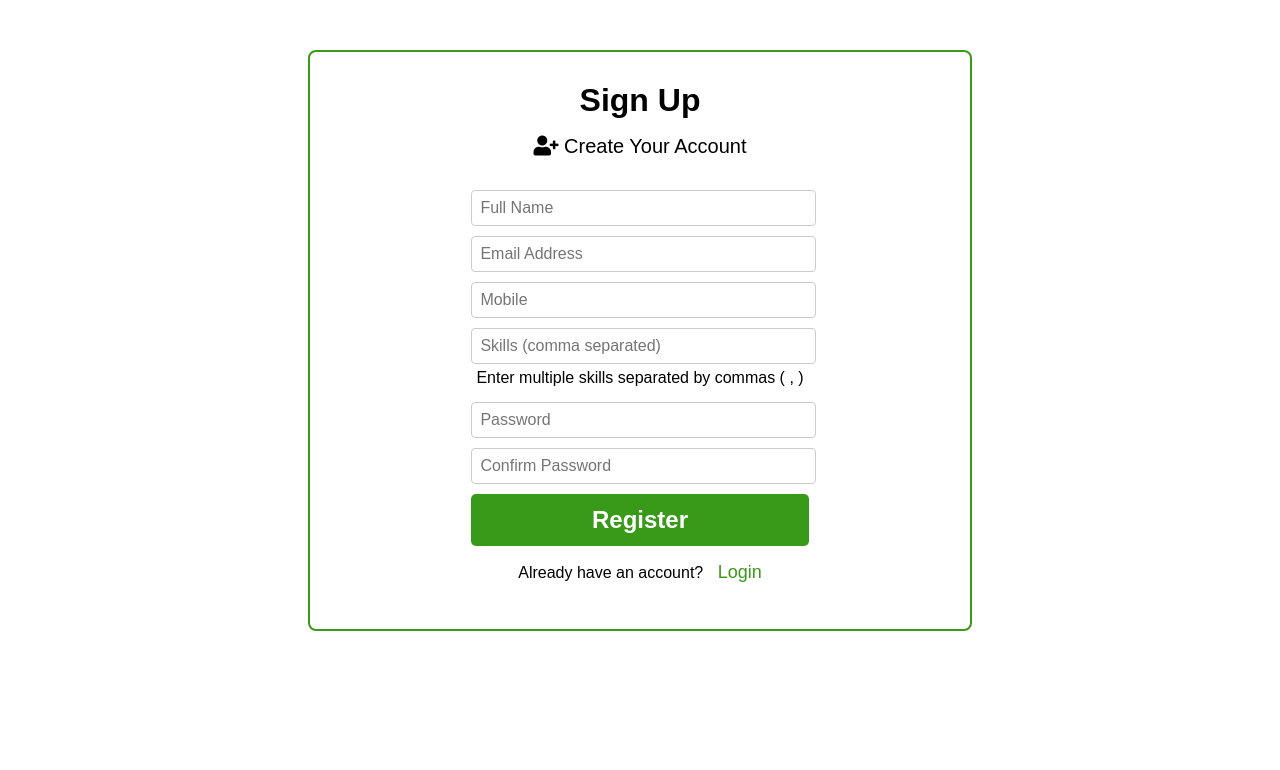
Repository: sayyad-mukthumsa-123/DevMania
Page: /register (app in frontend/)
The author's editor kept a copy of each file at every save. The page is drawn from the files as they stood at one save, then again after the next save.
The browser window is 1280 px wide. The pictures show the whole page.
The project was rebuilt for these pictures with package versions that can differ from the ones it lists, and the page was loaded fresh each time. Also part of the build but not shown: frontend/src/pages/Home.js, frontend/src/pages/login.js, frontend/src/pages/Allprofiles.js, frontend/src/pages/MyProfile.js, frontend/src/pages/Indprofile.js.

Above is the page before, as saved 2025-03-01 10:41:32.

### frontend/public/index.html
<!-- public/index.html -->
<!DOCTYPE html>
<html lang="en">
<head>
  <meta charset="UTF-8">
  <meta name="viewport" content="width=device-width, initial-scale=1.0">
  <title>Developers Hub</title>
  <link rel="stylesheet" href="https://cdnjs.cloudflare.com/ajax/libs/font-awesome/5.15.3/css/all.min.css">
</head>
<body>
  <div id="root"></div>
</body>
</html>

### frontend/src/App.js
import React from 'react'
import {BrowserRouter,Route,Routes} from 'react-router-dom'
import Home from './pages/Home'
import Login from './pages/login'
import Register from './pages/register'
import Allprofiles from './pages/Allprofiles'
import MyProfile from './pages/MyProfile'
import Indprofile from './pages/Indprofile'

const App = () => {
  return (
    <div>

      <BrowserRouter>
      <Routes>
        <Route path='/' exact Component={Home}/>
        <Route path='/login' exact Component={Login}/>
        <Route path='/register' exact Component={Register}/>
        <Route path='/allprofiles' exact Component={Allprofiles}/>
        <Route path='/myprofile' exact Component={MyProfile}/>
        <Route path='/indprofile/:fullname/:email/:skill/:id' exact Component={Indprofile}/>
      </Routes>
      </BrowserRouter>
    </div>
  )
}

export default App

### frontend/src/pages/register.js
import React, { useState } from 'react';
import { Link, useNavigate } from 'react-router-dom';
import axios from 'axios';
import '../styles/styles.css';

const Register = () => {
    const [formData, setFormData] = useState({
        fullname: '',
        email: '',
        mobile: '',
        skill: '',
        password: '',
        confirmPassword: ''
    });

    const navigate = useNavigate();

    const handleChange = e => {
        setFormData({ ...formData, [e.target.name]: e.target.value });
    };

    const handleSubmit = async e => {
        e.preventDefault();

        if (formData.password !== formData.confirmPassword) {
            alert("Passwords do not match");
            return;
        }

        try {
            const response = await axios.post('http://localhost:5000/register', formData, {
                headers: {
                    'Content-Type': 'application/json',
                }
            });

            if (response.status === 200) {
                console.log('Success:', response.data);
                alert('Registration successful! Please log in.');
                navigate('/login');
            } else {
                console.error('Error:', response.statusText);
            }
        } catch (error) {
            console.error('Error:', error);
        }
    };

    return (
        <div >
            <section className="container">
                <h1 className='large'>Sign Up</h1>
                <p className='lead'><i className="fas fa-user-plus"></i> Create Your Account</p>
                <form className='form' onSubmit={handleSubmit} autoComplete='off'>
                    <div className='form-group'>
                        <input
                            type='text'
                            placeholder='Full Name'
                            name="fullname"
                            value={formData.fullname}
                            onChange={handleChange}
                            required
                        />
                    </div>
                    <div className='form-group'>
                        <input
                            type='email'
                            placeholder='Email Address'
                            name="email"
                            value={formData.email}
                            onChange={handleChange}
                            required
                        />
                    </div>
                    <div className='form-group'>
                        <input
                            type='text'
                            placeholder='Mobile'
                            name="mobile"
                            value={formData.mobile}
                            onChange={handleChange}
                            required
                        />
                    </div>
                    <div className='form-group'>
                        <input
                            type='text'
                            placeholder='Skills (comma separated)'
                            name="skill"
                            value={formData.skill}
                            onChange={handleChange}
                            required
                        />
                        <p className='form-text'>Enter multiple skills separated by commas ( , )</p>
                    </div>
                    <div className='form-group'>
                        <input
                            type='password'
                            placeholder='Password'
                            name="password"
                            value={formData.password}
                            onChange={handleChange}
                            minLength='6'
                            required
                        />
                    </div>
                    <div className='form-group'>
                        <input
                            type='password'
                            placeholder='Confirm Password'
                            name="confirmPassword"
                            value={formData.confirmPassword}
                            onChange={handleChange}
                            minLength='6'
                            required
                        />
                    </div>
                    <input type='submit' className='btn' value="Register" />
                </form>
                <p className="text">
                    Already have an account? <Link to="/login" className='link-auth'>Login</Link>
                </p>
            </section>
        </div>
    );
}

export default Register;

### frontend/src/styles/styles.css
/* General reset */
body, html {
  margin: 0;
  padding: 0;
  font-family: Arial, sans-serif;
  width: 100%;
  min-height: 100vh;

}

/* Navbar styles */
.navbar {
  display: flex;
  justify-content: space-between;
  align-items: center;
  padding: 1px !important;
  font-size: x-large;
  background-color: #22580f
}

.navbar h1 a {
  color: #ffffff;
  text-decoration: none;
}

.navbar ul {
  list-style: none;
  display: flex;
  margin: 0;
  font-size: larger;
}
.navbar ul li
{
  padding: 10px;
  transition: all 0.3s ease;
}
.navbar ul li:hover
{
  transform: scale(1.1);
}
.navbar ul li {
  margin-left: 1rem;
}

.navbar ul li a {
  color: #ffffff;
  text-decoration: none;
}

/* Landing page styles */
.landing {
  height: 100vh;
  display: flex;
  align-items: center;
  justify-content: center;
  color: white;
  position: relative;
  background: url('../images/home.png') no-repeat center center/cover;
  text-align: center;
  flex-direction: column;
}

.dark-overlay {
  position: absolute;
  top: 0;
  left: 0;
  right: 0;
  bottom: 0;
  background: rgba(0, 0, 0, 0.6); /* Adds a dark overlay for better text visibility */
  display: flex;
  flex-direction: column;
  justify-content: center;
  align-items: center;
}

.landing-inner {
  text-align: center;
  z-index: 2;
  position: relative;
  padding: 2rem;
  max-width: 800px;
}

.x-large {
  font-size: 4rem;
  font-weight: bold;
  margin-bottom: 1rem !important;
}

.lead {
  font-size: 1.5rem;
  margin-bottom: 2rem;
}

.buttons {
  display: flex;
  justify-content: center;
  gap: 1.5rem;
}

.btn, .btn-auth {
  width: auto;
  padding: 0.75rem 1.5rem;
  border: none;
  border-radius: 8px;
  cursor: pointer;
  text-decoration: none;
  font-size: 1.25rem;
  font-weight: bold;
  background-color: #399918;
  color: #ffffff;
  transition: all 0.3s ease;
}

.btn:hover,.btn-auth:hover {
  background-color:#256210;
  transition: all;
}

/* Ensure Navbar stays at the top */
.navbar {
  position: absolute;
  top: 0;
  left: 0;
  width: 100%;
  z-index: 3;
}


/* Container styles */
/* Center the container */
.container {
  width: 600px;
  margin: 50px auto; /* Centers the section horizontally */
  padding: 30px;
  border: 2px solid #399918;
  color: black;
  border-radius: 8px;
  position: relative;
  z-index: 1; /* Ensures the container is above any background effects */
  display: flex;
  flex-direction: column;
  align-items: center; /* Centers content inside */
  justify-content: center; /* Centers vertically */
  text-align: center;
}


/* Form styles */
.form {


  display: flex;
  flex-direction: column;
}

.form-group {
  margin-bottom: 1.5rem;
}

.form-text
{
  margin:5px !important;
}


.form-group input:focus {
  border-color: #f6f7f9;
  box-shadow: 0 0 8px rgba(0, 123, 255, 0.3);
  outline: none;
}

.btn {
  display: inline-block;
  padding: 0.75rem 1.5rem;
  border: none;
  border-radius: 5px;
  cursor: pointer;
  text-decoration: none;
  font-size: 1.5rem;
  text-align: center;
}


.large {
  margin: 0 !important;
  font-size: 2rem;
  margin-bottom: 1rem;
}

.lead {
  font-size: 1.25rem;
  margin-bottom: 1rem;
}

.error {
  color: red;
  margin-top: 1rem;
}

p {
  margin-top: 1rem;
}
.link-auth{
  color:#399918;
  text-decoration: none;
  cursor: pointer;
  padding-left:10px ;
  transition: all 0.3s ease;
  display: inline-block;
  font-size: large;
}
.link-auth:hover
{
  transform: scale(1.3);
}
/* Profiles styles */
.profiles {
  display: flex;
  flex-direction: column;
  gap: 1rem;
}

.profile {
  background-color: #f4f4f4;
  padding: 1rem;
  display: flex;
  align-items: center;
  border: 1px solid #ccc;
  box-shadow: 0 4px 8px rgba(0, 0, 0, 0.1);
  border-radius: 5px;
  margin-bottom: 1rem;
}

.profile .round-img {
  width: 100px;
  border-radius: 50%;
  margin-right: 1rem;
}

.profile-info {
  flex: 1;
}

.profile-info h2 {
  margin: 0 0 0.5rem 0;
}

.profile-info p {
  margin: 0.5rem 0;
}

.profile-info .btn {
  display: inline-block;
  background-color:#399918;
  color: #fff;
  padding: 0.5rem 1rem;
  text-decoration: none;
  border-radius: 0.25rem;
  margin-top: 0.5rem;
  transition: all 0.3s ease;
}

.profile-info .btn:hover {
  transform: scale(1.1);
  background-color:#399918;
}

.profile-skills {
  list-style: none;
  padding: 0;
  display: flex;
  flex-direction: column;
  gap: 0.5rem;
  margin-left: 1rem;
  color: black;
}

.profile-skills li {
  display: flex;
  align-items: center;
  color:greenyellow;
}

.profile-skills li i {
  margin-right: 0.5rem;
}

/* GitHub Section */
.profile-github {
  margin-top: 1rem;
}

.profile-github h2 {
  margin-bottom: 1rem;
}

.repo {
  background: #fff;
  padding: 1rem;
  margin-bottom: 1rem;
  border: 1px solid #ccc;
}

.repo h4 {
  margin: 0.5rem 0;
}

.repo p {
  margin: 0.5rem 0;
}

/* Form */
.form {
  margin-top: 1rem;
}

.form-group {
  margin-bottom: 10px;
}

.form-group input {
  width:97%;
  padding: 0.5rem;
  border: 1px solid #ccc;
  border-radius: 0.25rem;
  font-size: 1rem;
}

.form-group input:focus {
  border-color: #007bff;
  outline: none;
}


/* Profile Grid */
.profile-grid {
  display: grid;
  grid-template-columns: 1fr;
  grid-gap: 1rem;
  margin-top: 1rem;
}

.profile-top {
  background: #0a0a0a;
  color: #fff;
  padding: 1rem;
  text-align: center;
}

.profile-top img {
  width: 150px;
  border-radius: 50%;
}

.profile-top h1 {
  margin: 0.5rem 0;
}

.profile-top p {
  margin: 0.5rem 0;
}
a{
  color:aqua
}
 .white-text {
  color: black;
}
 .skill-text {
  /* background-color: #5e585c16;  */
  color: #c51414;
  padding: 10px 15px;
  border-radius: 5px;
  display: flex;
  align-items: center;
  font-size: 16px;
  margin-top: 2px;
  /* box-shadow: 0 2px 4px rgba(0, 0, 0, 0.1);  */
}


.skill-text i {
  color: #28a745;
  margin-right: 30px;
}
.taskprovider
{
  color:#28a745;
  text-decoration: none;
  font-size: xx-large;
}

Loaded but not shown: frontend/src/index.js (common file); frontend/src/index.css (common file); frontend/src/reportWebVitals.js (common file)

After the next save:
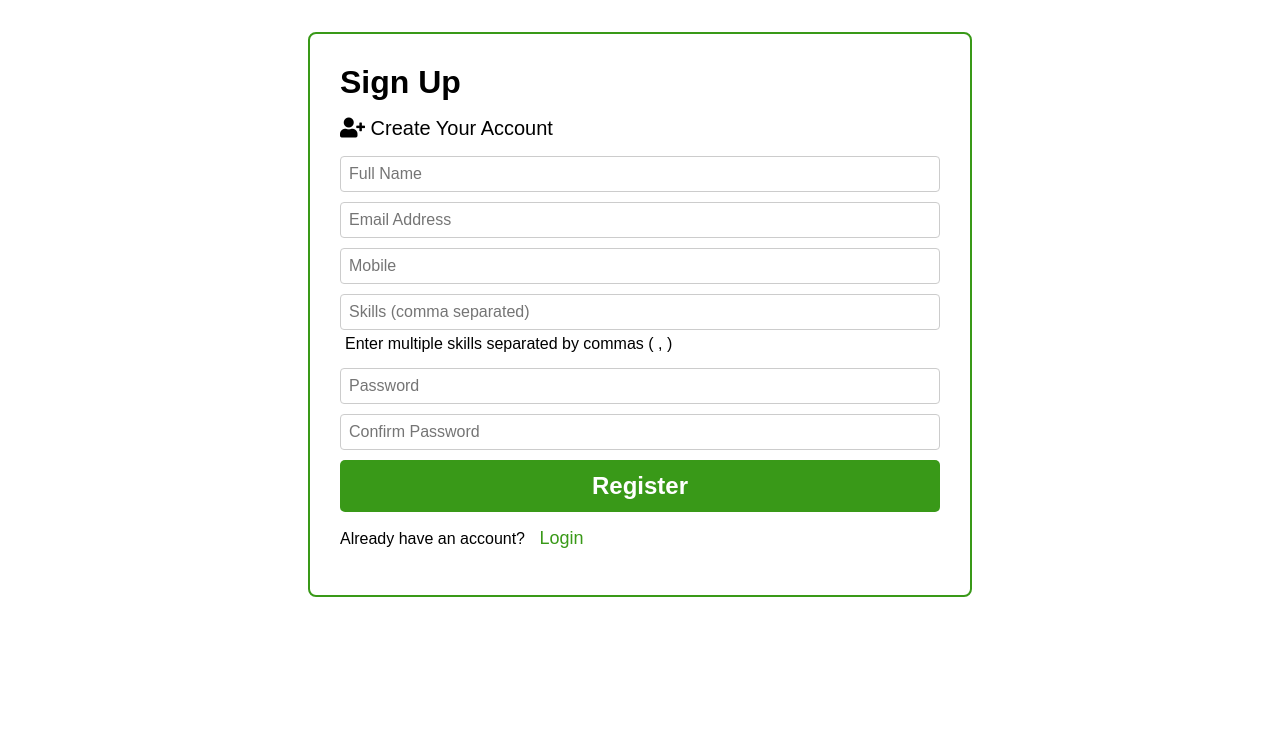
Saved 17 s later.
--- a/frontend/src/styles/styles.css
+++ b/frontend/src/styles/styles.css
@@ -128,23 +128,16 @@ body, html {
 
 
 /* Container styles */
-/* Center the container */
 .container {
   width: 600px;
-  margin: 50px auto; /* Centers the section horizontally */
+  margin: 2rem auto;
   padding: 30px;
   border: 2px solid #399918;
   color: black;
   border-radius: 8px;
   position: relative;
   z-index: 1; /* Ensures the container is above any background effects */
-  display: flex;
-  flex-direction: column;
-  align-items: center; /* Centers content inside */
-  justify-content: center; /* Centers vertically */
-  text-align: center;
-}
-
+}
 
 /* Form styles */
 .form {
